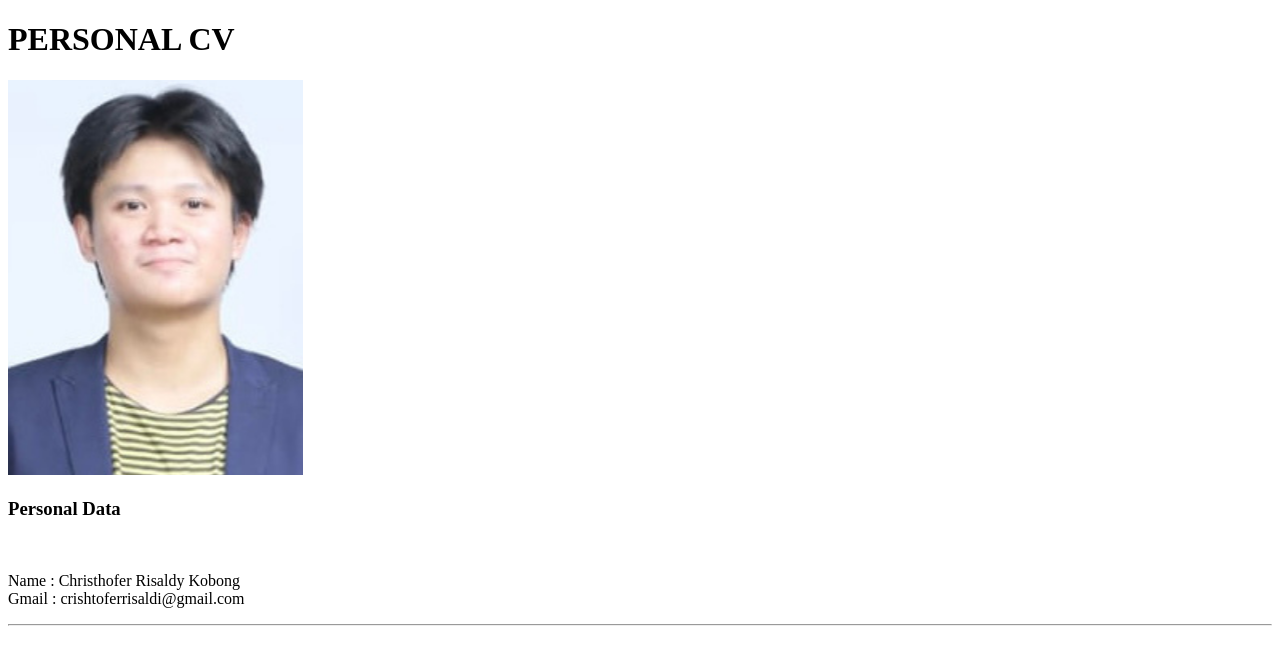
Repository: ChristhoferRisaldy/CVWeb
Page: web.html
The author's editor kept a copy of each file at every save. The page is drawn from the files as they stood at one save, then again after the next save.
The browser window is 1280 px wide. The pictures show the whole page.

Above is the page before, as saved 2025-02-21 21:00:36.

### web.html
<!DOCTYPE html>
<html>
    <head>
        <meta name="viewport" content="width=device-width, inital-scale=1">
    </head>
    <body>
        <h1>PERSONAL CV</h1>
        <img src="1.png">
        <h3><b>Personal Data</b></h3><br>
        <p>
            Name : Christhofer Risaldy Kobong<br>
            Gmail : crishtoferrisaldi@gmail.com<br>
        </p>
        <hr>
</html>

After the next save:
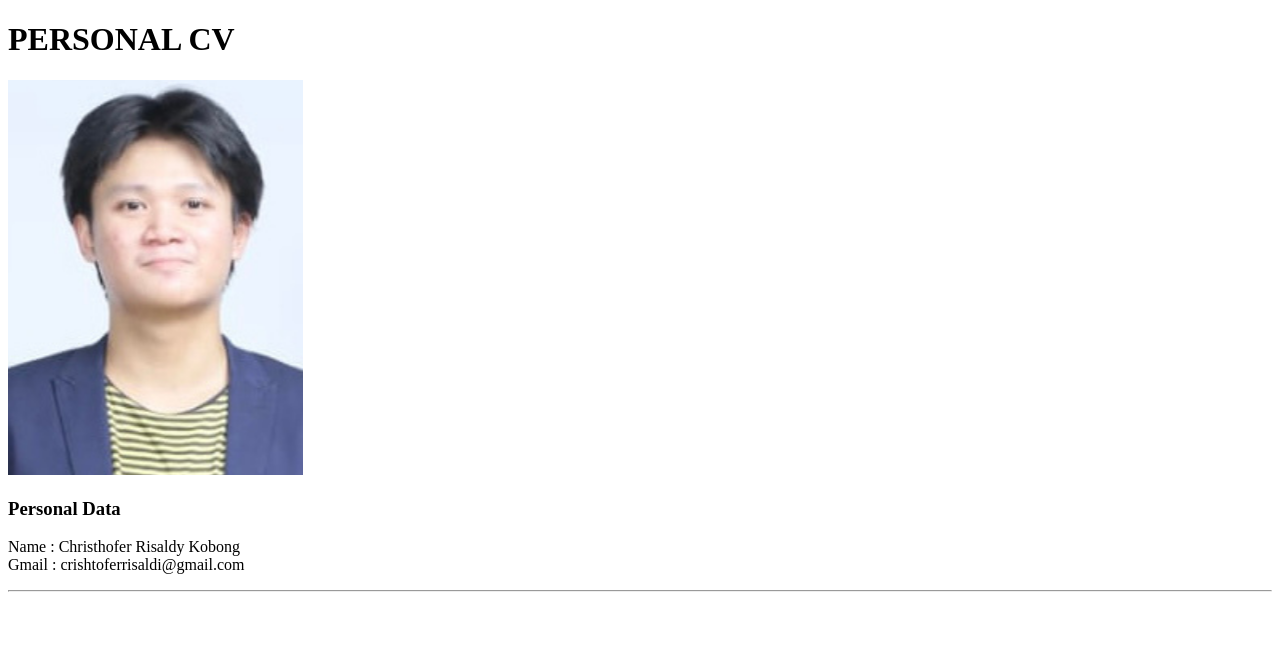
Saved 38 s later.
--- a/web.html
+++ b/web.html
@@ -6,7 +6,7 @@
     <body>
         <h1>PERSONAL CV</h1>
         <img src="1.png">
-        <h3><b>Personal Data</b></h3><br>
+        <h3><b>Personal Data</b></h3>
         <p>
             Name : Christhofer Risaldy Kobong<br>
             Gmail : crishtoferrisaldi@gmail.com<br>
